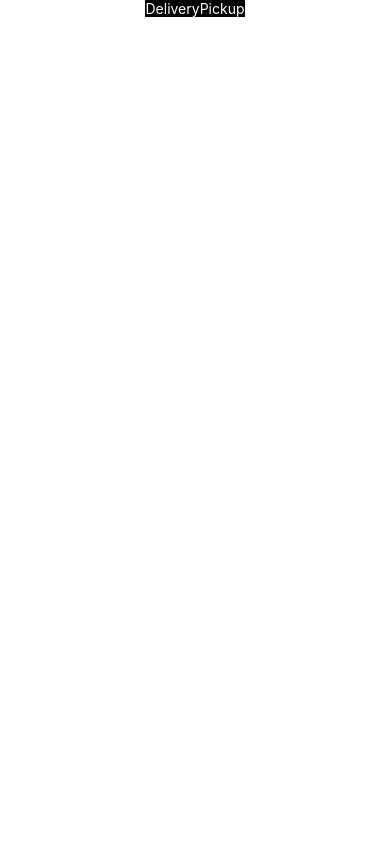
Repository: MoussaAKHYAR/uber-eats-app-react-native
Screen: /
An editor plug-in stored every save of this project. The screen is shown before and after the next save, followed by the edit.
The app was drawn by React Native's web renderer in a window 390 px wide. The project was rebuilt for these pictures with package versions that can differ from the ones it lists, and the page was loaded fresh each time.

Above is the screen before, as saved 2022-06-29 15:35:22.

### App.js
import { StatusBar } from 'expo-status-bar';
import { StyleSheet, Text, View } from 'react-native';
import Home from './screens/Home';

export default function App() {
  return (
    <Home/>
  );
}

const styles = StyleSheet.create({
  container: {
    flex: 1,
    backgroundColor: '#fff',
    alignItems: 'center',
    justifyContent: 'center',
  },
});

### screens/Home.js
import { View, Text, SafeAreaView } from 'react-native'
import React from 'react'
import HeaderTabs from '../components/HeaderTabs'

export default function Home() {
  return (
    <SafeAreaView>
      <HeaderTabs/>
    </SafeAreaView>
  )
}

### components/HeaderTabs.js
import { View, Text, TouchableOpacity } from 'react-native'
import React from 'react'

export default function HeaderTabs() {
    return (
        <View style={{flexDirection:"row", alignSelf:"center"}}>
            <HeaderButton text="Delivery"/>
            <HeaderButton text="Pickup" />
        </View>
    )
}

const HeaderButton = (props) => (
    <TouchableOpacity style={{
        backgroundColor:"black",

    }}>
        <Text style={{color:"white"}}>{props.text}</Text>
    </TouchableOpacity>
);

After the next save:
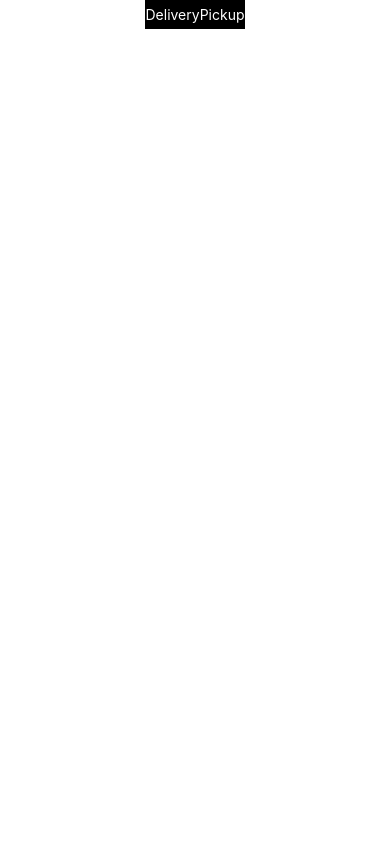
Saved 17 s later.
--- a/components/HeaderTabs.js
+++ b/components/HeaderTabs.js
@@ -13,6 +13,7 @@ export default function HeaderTabs() {
 const HeaderButton = (props) => (
     <TouchableOpacity style={{
         backgroundColor:"black",
+        paddingVertical:6
 
     }}>
         <Text style={{color:"white"}}>{props.text}</Text>
